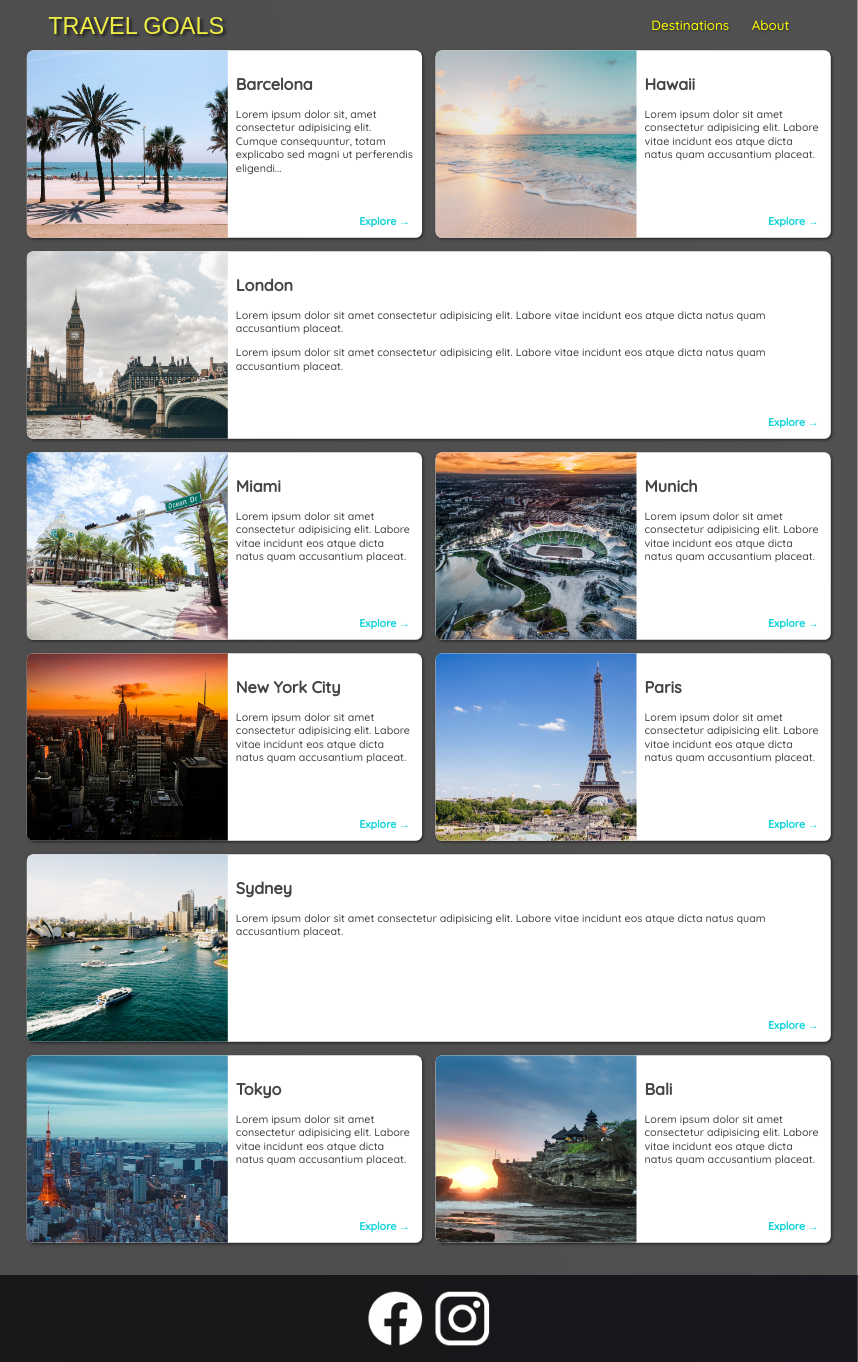
Repository: MicTomm/Travel-Goals
Page: places.html
An editor plug-in stored every save of this project. The page is shown before and after the next save, followed by the edit.
The browser window is 1280 px wide. The pictures show the whole page, at 67% of full size.
Some web fonts or font styles are not loaded; a fallback is used.

Above is the page before, as saved 2023-06-09 11:45:15.

### places.html
<!DOCTYPE html>
<html lang="it">

<head>
    <meta charset="UTF-8">
    <title>Travel Goals</title>
    <link rel="stylesheet"
        href="https://fonts.googleapis.com/css2?family=Raleway:wght@700&family=Oleo+Script:wght@700&family=Quicksand:wght@300;500&display=swap">
    <link href="/styles/shared.css" rel="stylesheet">
    <link href="/styles/places.css" rel="stylesheet">
</head>

<body>
    <header>
        <div id="logo">
            <a href="/index.html">Travel Goals</a>
        </div>
        <nav>
            <ul>
                <li><a href="/places.html">Destinations</a></li>
                <li><a href="">About</a></li>
            </ul>
        </nav>
    </header>
    <main>
        <ul>
            <li>
                <img src="images/places/barcelona.jpg" alt="Barcelona">
                <div class="item-content">
                    <div>
                        <h2>Barcelona</h2>
                        <p>
                            Lorem ipsum dolor sit, amet consectetur adipisicing elit. Cumque consequuntur, totam
                            explicabo sed magni ut perferendis eligendi...
                        </p>
                    </div>
                    <!--&#x2192 è il codice espresso in esadecimale per creare una right-arrow
                        Il codice unicode per tale carattere è U+2192, dove 219 identifica uno
                        specifico gruppo di arrow e 2 identifica quella con la punta a destra

                        Per generare l'esadecimale basta fare precedere &#x ai codici gruppo caratteri
                        (219) e carattere specifico (2)
                    -->
                    <div class="actions">
                        <a href="https://en.wikipedia.org/wiki/Barcelona">Explore &#x2192</a>
                    </div>
                </div>
            </li>
            <li>
                <img src="images/places/hawaii.jpg" alt="Hawaii beach" />
                <div class="item-content">
                    <div>
                        <h2>Hawaii</h2>
                        <p>
                            Lorem ipsum dolor sit amet consectetur adipisicing elit. Labore
                            vitae incidunt eos atque dicta natus quam accusantium placeat.
                        </p>
                    </div>
                    <div class="actions">
                        <a href="https://en.wikipedia.org/wiki/Hawaii">Explore &#x2192</a>
                    </div>
                </div>
            </li>
            <li>
                <img src="images/places/london.jpg" alt="London city" />
                <div class="item-content">
                    <div>
                        <h2>London</h2>
                        <p>
                            Lorem ipsum dolor sit amet consectetur adipisicing elit. Labore
                            vitae incidunt eos atque dicta natus quam accusantium placeat.
                        </p>
                        <p>
                            Lorem ipsum dolor sit amet consectetur adipisicing elit. Labore
                            vitae incidunt eos atque dicta natus quam accusantium placeat.
                        </p>
                    </div>
                    <div class="actions">
                        <a href="https://en.wikipedia.org/wiki/London">Explore &#x2192</a>
                    </div>
                </div>
            </li>
            <li>
                <img src="images/places/miami.jpg" alt="Miami streets" />
                <div class="item-content">
                    <div>
                        <h2>Miami</h2>
                        <p>
                            Lorem ipsum dolor sit amet consectetur adipisicing elit. Labore
                            vitae incidunt eos atque dicta natus quam accusantium placeat.
                        </p>
                    </div>
                    <div class="actions">
                        <a href="https://en.wikipedia.org/wiki/Miami">Explore &#x2192</a>
                    </div>
                </div>
            </li>
            <li>
                <img src="images/places/munich.jpg" alt="Munich football stadium" />
                <div class="item-content">
                    <div>
                        <h2>Munich</h2>
                        <p>
                            Lorem ipsum dolor sit amet consectetur adipisicing elit. Labore
                            vitae incidunt eos atque dicta natus quam accusantium placeat.
                        </p>
                    </div>
                    <div class="actions">
                        <a href="https://en.wikipedia.org/wiki/Munich">Explore &#x2192</a>
                    </div>
                </div>
            </li>
            <li>
                <img src="images/places/new-york-city.jpg" alt="New York City skyline" />
                <div class="item-content">
                    <div>
                        <h2>New York City</h2>
                        <p>
                            Lorem ipsum dolor sit amet consectetur adipisicing elit. Labore
                            vitae incidunt eos atque dicta natus quam accusantium placeat.
                        </p>
                    </div>
                    <div class="actions">
                        <a href="https://en.wikipedia.org/wiki/New_York_City">Explore &#x2192</a>
                    </div>
                </div>
            </li>
            <li>
                <img src="images/places/paris.jpg" alt="Paris city" />
                <div class="item-content">
                    <div>
                        <h2>Paris</h2>
                        <p>
                            Lorem ipsum dolor sit amet consectetur adipisicing elit. Labore
                            vitae incidunt eos atque dicta natus quam accusantium placeat.
                        </p>
                    </div>
                    <div class="actions">
                        <a href="https://en.wikipedia.org/wiki/Paris">Explore &#x2192</a>
                    </div>
                </div>
            </li>
            <li>
                <img src="images/places/sydney.jpg" alt="Sydney beach" />
                <div class="item-content">
                    <div>
                        <h2>Sydney</h2>
                        <p>
                            Lorem ipsum dolor sit amet consectetur adipisicing elit. Labore
                            vitae incidunt eos atque dicta natus quam accusantium placeat.
                        </p>
                    </div>
                    <div class="actions">
                        <a href="https://en.wikipedia.org/wiki/Sydney">Explore &#x2192</a>
                    </div>
                </div>
            </li>
            <li>
                <img src="images/places/tokyo.jpg" alt="Tokyo skyline" />
                <div class="item-content">
                    <div>
                        <h2>Tokyo</h2>
                        <p>
                            Lorem ipsum dolor sit amet consectetur adipisicing elit. Labore
                            vitae incidunt eos atque dicta natus quam accusantium placeat.
                        </p>
                    </div>
                    <div class="actions">
                        <a href="https://en.wikipedia.org/wiki/Tokyo">Explore &#x2192</a>
                    </div>
                </div>
            </li>
            <li>
                <img src="images/places/bali.jpg" alt="Bali beach" />
                <div class="item-content">
                    <div>
                        <h2>Bali</h2>
                        <p>
                            Lorem ipsum dolor sit amet consectetur adipisicing elit. Labore
                            vitae incidunt eos atque dicta natus quam accusantium placeat.
                        </p>
                    </div>
                    <div class="actions">
                        <a href="https://en.wikipedia.org/wiki/Bali">Explore &#x2192</a>
                    </div>
                </div>
            </li>
        </ul>
    </main>
    <footer>
        <ul>
            <li>
                <a href="https://www.facebook.com/" title="facebook">
                    <img src="/images/icons/facebook.png" alt="facebook-icon">
                </a>
            </li>
            <li>
                <a href="https://www.instagram.com/" title="instagram">
                    <img src="/images/icons/insta.png" alt="instagram-icon">
                </a>
            </li>
    </footer>
</body>

</html>

### styles/shared.css
body {
    margin: 0px;
    font-family: 'Quicksand', sans-serif;
}

ul {
    list-style: none;
    padding: 0px;
    margin: 0px;
}

header {
    display: flex;
    justify-content: space-between;
    align-items: center;
    padding: 15px 60px;
    position: absolute;
    width: 100%;
    top: 0;
    left: 0;
    box-sizing: border-box;
}

header ul {
    margin: 10px;
    display: flex;
    justify-content: space-between;
    width: 250px;
}

header li {
    width: 100px;
}

header a {
    color: yellow;
    text-decoration: none;
    font-size: 20px;
    padding: 12px;
    text-shadow: 1px 1px 4px rgba(0, 0, 0, 0.5);
}

header nav a:hover {
    background-color: yellow;
    box-shadow: 2px 2px 4px rgba(0, 0, 0, 0.5);
    color: rgb(67, 60, 60);
    text-shadow: 1px 1px 2px rgb(0, 0, 0, 0.5);
    border-radius: 8px;
}

footer{
    background: linear-gradient(70deg, rgb(24, 24, 24), rgb(23, 23, 29));
    padding: 25px;
}

footer ul{
    display: flex;
    justify-content: center;
}

footer li{
    width: 80px;
    height: 80px;
    margin: 0px 10px;
}

footer img{
    width: 100%;
    height: 100%;
}

#logo a {
    font-family: 'Oleo script', sans-serif;
    font-size: 35px;
    text-decoration: none;
    color: rgb(237, 237, 70);
    text-shadow: 4px 4px 4px rgb(31, 29, 29);
    text-transform: uppercase;
}

### styles/places.css
body {
    background: linear-gradient(77deg, rgb(77, 77, 77), rgb(81, 81, 81));
    color: rgb(68, 68, 68);
}

/*
    position: static sovrascrive il comportamento impostato per l'header nel file shared.css, al fine
    di evitare la sovrapposizione delle prime card sull'header
*/
header {
    position: static;
}

main ul {
    width: 1200px;
    margin: 0 auto 48px auto;
    display: grid;
    grid-template-columns: 1fr 1fr;
    gap: 20px 20px;
}

main li {
    display: flex;
    background-color: white;
    border-radius: 10px;
    overflow: hidden;
    box-shadow: 2px 2px 4px rgba(0, 0, 0, 0.5);
}

/*questo tipo di selettore si chiama pseudoelemento*/
main li:nth-of-type(3),
main li:nth-of-type(8){
    grid-column: 1 / span 2;
}

main li img {
    height: 280px;
    width: 300px;
    object-fit: cover;
}

/*card-content*/
.item-content{
    margin: 0px 12px;
    padding: 15px 0px;
    display: flex;
    flex-direction: column;
    justify-content: space-between;

}

/*card "explore link"*/
.actions{
    text-align: right;
}

.actions a{
    text-decoration: none;
    color: rgb(22, 211, 218);
    border-radius: 8px;
    box-shadow: 2px, 2px, 4px, black;
    padding:6px;
    font-weight: 600;
}

.actions a:hover{
    text-shadow: 1px 1px 2px  rgb(6, 150, 155) ;
    background-color:rgb(227, 251, 251);
}

#logo{
    color: rgb(183, 230, 235);
}

After the next save:
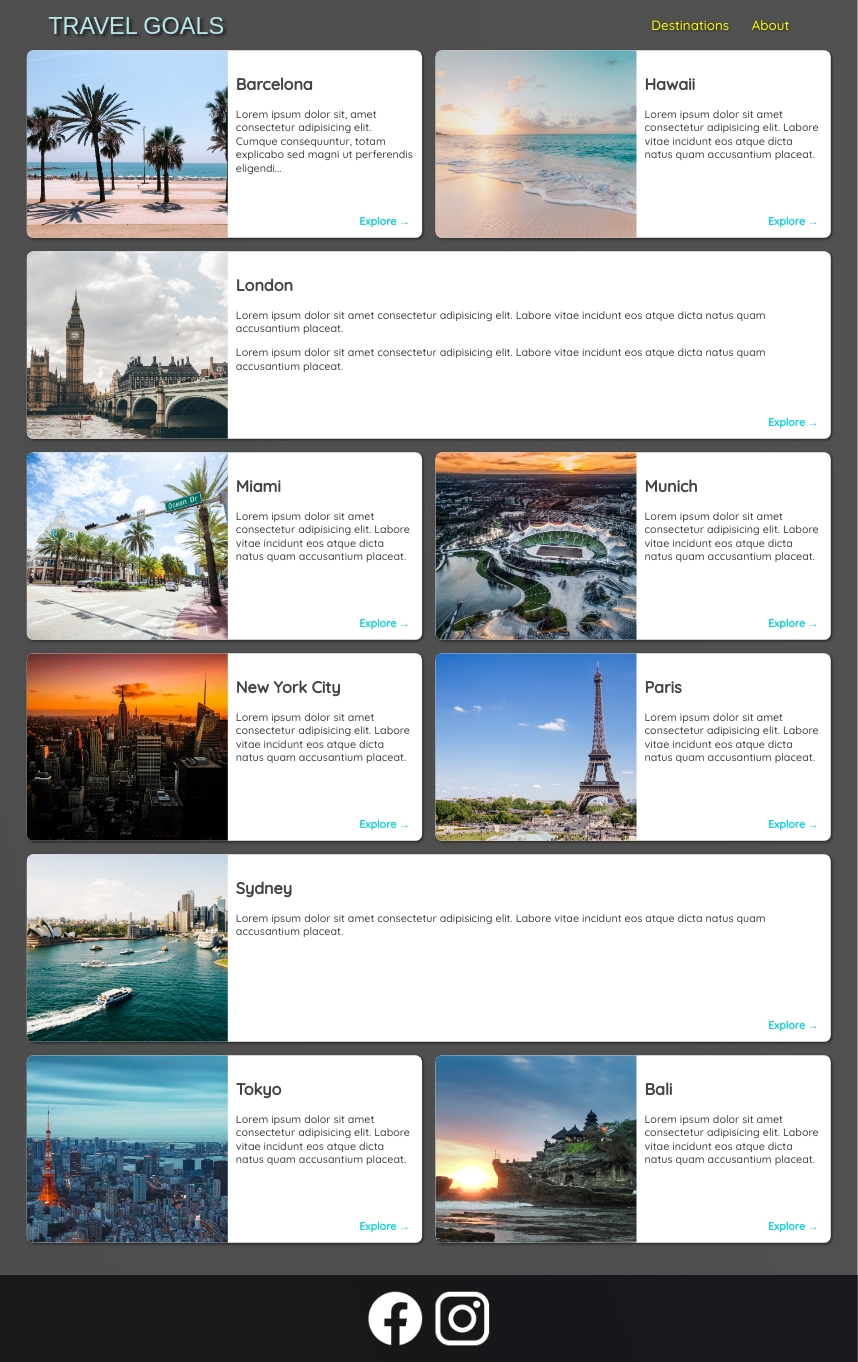
Saved 31 s later.
--- a/styles/places.css
+++ b/styles/places.css
@@ -68,6 +68,6 @@ main li img {
     background-color:rgb(227, 251, 251);
 }
 
-#logo{
+#logo a{
     color: rgb(183, 230, 235);
 }
